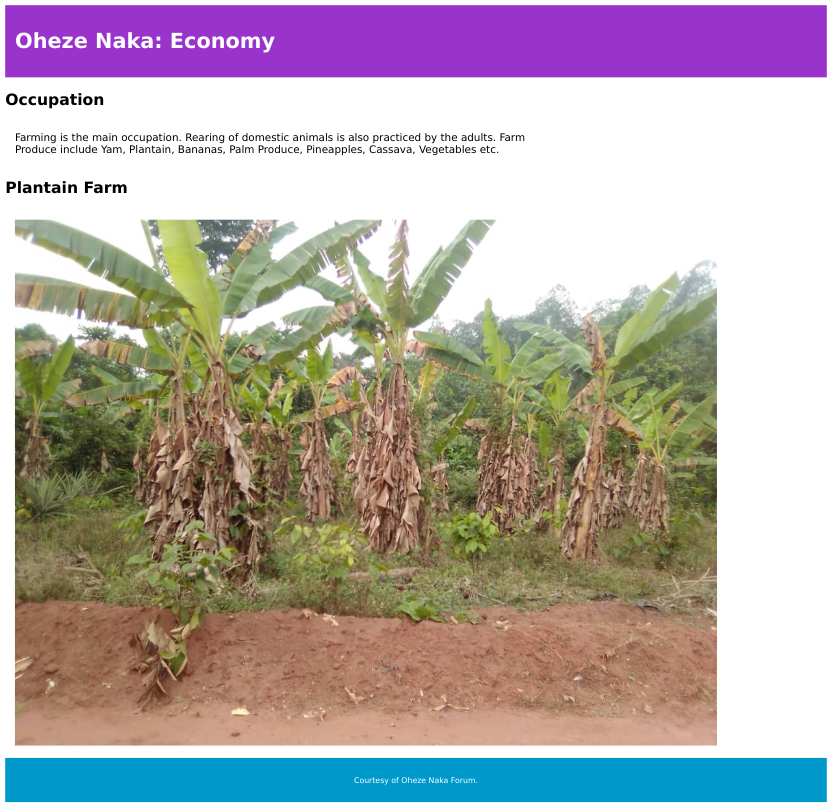
Repository: OtasowieRotimiOsifo/oheze-naka-forum
Page: economy.html
These files come from the project's save history. The page is drawn as it stood at one moment and after the next save; the edit follows.
The browser window is 1280 px wide. The pictures show the whole page, at 65% of full size.

Above is the page before, as saved 2021-04-01 22:48:55.

After the next save:
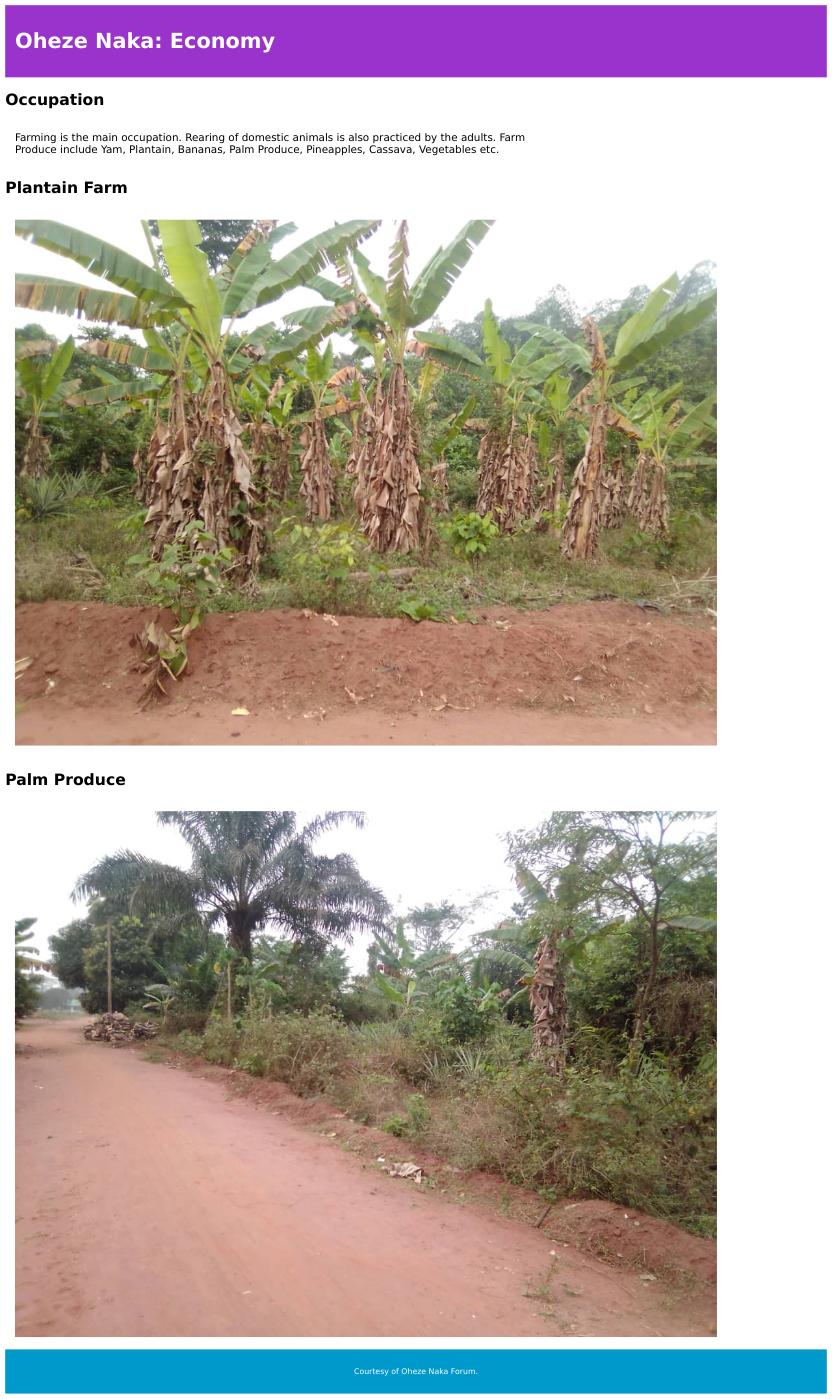
Saved 103 s later.
--- a/economy.html
+++ b/economy.html
@@ -120,7 +120,12 @@ html {
       <img src="img/plantain-farm.jpg"/>
   </div>
   </div>
-
+  <div class="row">
+    <h2>Palm Produce</h2>
+    <div  class="col-3 col-s-3">
+      <img src="img/palm-tree.jpg"/>
+  </div>
+  </div>
 <div class="footer">
   <p>Courtesy of Oheze Naka Forum.</p>
 </div>
